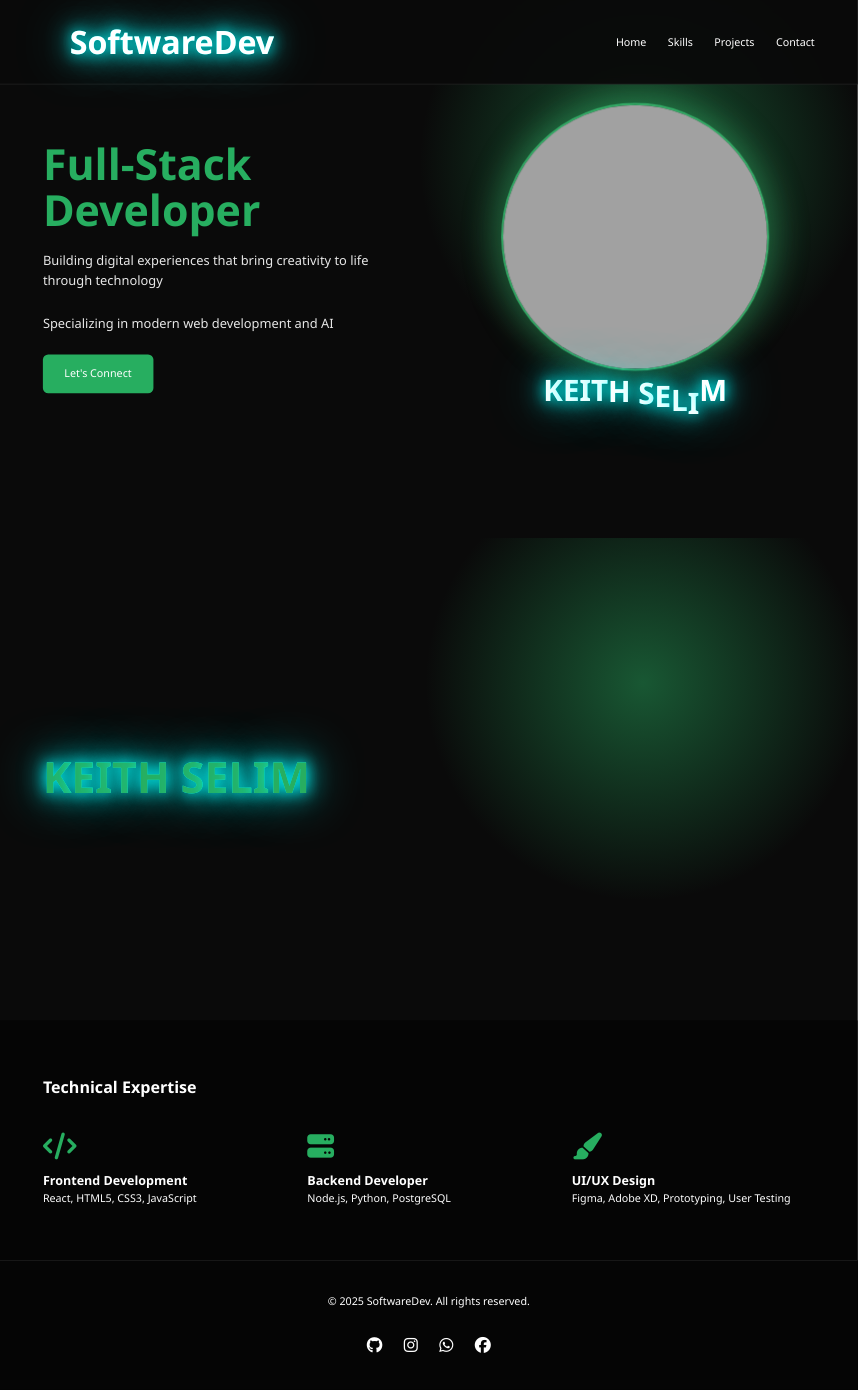
Repository: PEEZYBEE/my-react-portfolio
Page: /
The author's editor kept a copy of each file at every save. The page is drawn from the files as they stood at one save, then again after the next save.
The browser window is 1280 px wide. The pictures show the whole page, at 67% of full size.
Pictures or frames that could not be fetched are drawn as grey boxes. The project was rebuilt for these pictures with package versions that can differ from the ones it lists, and the page was loaded fresh each time. Also part of the build but not shown: vite.config.js.

Above is the page before, as saved 2025-04-21 01:28:41.

### index.html
<!doctype html>
<html lang="en">
  <head>
    <meta charset="UTF-8" />
  <link rel="icon" type="image/svg+xml" href="favicon.svg" />
  <meta name="viewport" content="width=device-width, initial-scale=1.0" />
  <title>Keith Selim</title>

  <!-- ✅ Add this line below -->
  <link
    rel="stylesheet"
    href="https://cdnjs.cloudflare.com/ajax/libs/font-awesome/6.7.2/css/all.min.css"
    integrity="sha512-Evv84Mr4kqVGRNSgIGL/F/aIDqQb7xQ2vcrdIwxfjThSH8CSR7PBEakCr51Ck+w+/U6swU2Im1vVX0SVk9ABhg=="
    crossorigin="anonymous"
    referrerpolicy="no-referrer"
  />
</head>
  <body>
    <div id="root"></div>
    <script type="module" src="/src/main.jsx"></script>
  </body>
</html>

### src/index.css
:root {
  font-family: system-ui, Avenir, Helvetica, Arial, sans-serif;
  line-height: 1.5;
  font-weight: 400;

  color-scheme: light dark;
  color: rgba(255, 255, 255, 0.87);
  background-color: #242424;

  font-synthesis: none;
  text-rendering: optimizeLegibility;
  -webkit-font-smoothing: antialiased;
  -moz-osx-font-smoothing: grayscale;
}

a {
  font-weight: 500;
  color: #646cff;
  text-decoration: inherit;
}
a:hover {
  color: #535bf2;
}

body {
  margin: 0;


  min-width: 320px;
  min-height: 100vh;
}

h1 {
  font-size: 3.2em;
  line-height: 1.1;
}

button {
  border-radius: 8px;
  border: 1px solid transparent;
  padding: 0.6em 1.2em;
  font-size: 1em;
  font-weight: 500;
  font-family: inherit;
  background-color: #1a1a1a;
  cursor: pointer;
  transition: border-color 0.25s;
}
button:hover {
  border-color: #646cff;
}
button:focus,
button:focus-visible {
  outline: 4px auto -webkit-focus-ring-color;
}

@media (prefers-color-scheme: light) {
  :root {
    color: #213547;
    background-color: #ffffff;
  }
  a:hover {
    color: #747bff;
  }
  button {
    background-color: #f9f9f9;
  }
}

### src/App.jsx
import React from "react";
import Navbar from './components/Navbar';
import Hero from './components/Hero';
import NameBanner from './components/NameBanner';
import Skills from './components/Skills';
import Footer from './components/Footer';
import './style.css';


function App() {
  return (
    <>
      <Navbar />
      <Hero />
      <NameBanner />
      <Skills />
      <Footer />
    </>
  );
}

export default App;

### src/components/Navbar.jsx
import React from "react";

const Navbar = () => {
  return (
    <nav className="navbar">
      <a href="#home" className="logo">SoftwareDev</a>
      <ul className="nav-links">
        <li><a href="#home">Home</a></li>
        <li><a href="#skills">Skills</a></li>
        <li><a href="#projects">Projects</a></li>
        <li><a href="#contact">Contact</a></li>
      </ul>
    </nav>
  );
};

export default Navbar;

### src/components/Hero.jsx
import React from 'react';
import './Hero.css';

const Hero = () => {
  return (
    <section id="home" className="hero">
      <div className="hero-content">
        <h1>Full-Stack Developer</h1>
        <p>Building digital experiences that bring creativity to life through technology</p>
        <p className="highlight">Specializing in modern web development and AI</p>
        <a href="#contact" className="cta-button">Let's Connect</a>
      </div>

      <div className="hero-image-container">
        <img src="/assets/profile.jpg" alt="Profile" className="profile-img" />
        <div className="name-banner">
        <h1 className="bouncing-letters" style={{ textAlign: "center", fontSize: "30px" }}>
      <span>K</span>
      <span>E</span>
      <span>I</span>
      <span>T</span>
      <span>H</span>
      <span>&nbsp;</span>
      <span>S</span>
      <span>E</span>
      <span>L</span>
      <span>I</span>
      <span>M</span>
       </h1>
        </div>
      </div>
    </section>
  );
};

export default Hero;

### src/components/NameBanner.jsx
import React from "react";
import "./Hero.css";  // Make sure to import the CSS file

const Hero = () => {
  return (
    <section id="home" className="hero">
      <div className="hero-content">
        <h1 className="name-banner">
          <span>K</span>
          <span>E</span>
          <span>I</span>
          <span>T</span>
          <span>H</span>
          <span>&nbsp;</span>
          <span>S</span>
          <span>E</span>
          <span>L</span>
          <span>I</span>
          <span>M</span>
        </h1>

      </div>


    </section>
  );
};

export default Hero;

### src/components/Skills.jsx
import React from "react";

const Skills = () => {
  return (
    <section id="skills" className="skills">
      <h2>Technical Expertise</h2>
      <div className="skills-grid">
        <div className="skill-card">
          <i className="fa-solid fa-code"></i>
          <h3>Frontend Development</h3>
          <p>React, HTML5, CSS3, JavaScript</p>
        </div>
        <div className="skill-card">
          <i className="fa-solid fa-server"></i>
          <h3>Backend Developer</h3>
          <p>Node.js, Python, PostgreSQL</p>
        </div>
        <div className="skill-card">
          <i className="fa-solid fa-paintbrush"></i>
          <h3>UI/UX Design</h3>
          <p>Figma, Adobe XD, Prototyping, User Testing</p>
        </div>
      </div>
    </section>
  );
};

export default Skills;

### src/components/Footer.jsx
import React from "react";

const Footer = () => {
  return (
    <footer>
      <p>&copy; 2025 SoftwareDev. All rights reserved.</p>
      <div className="social-links">
        <a href="#"><i className="fa-brands fa-github"></i></a>
        <a href="#"><i className="fa-brands fa-instagram"></i></a>
        <a href="#"><i className="fa-brands fa-whatsapp"></i></a>
        <a href="#"><i className="fa-brands fa-facebook"></i></a>
      </div>
    </footer>
  );
};

export default Footer;

### src/style.css
.bouncing-letters span {
display: inline-block;
color: white;
text-shadow: 0px 0px 0px cyan,
             0px 0px 20px cyan,
             0px 0px 40px cyan,
             0px 0px 80px cyan;
font-size: 44px;
font-weight: bold;
animation: bounce 0.8s ease infinite alternate;



}

@keyframes bounce {
    0% { transform: translateY(0) }
    100% { transform: translateY(-20px) }

}

.bouncing-letters span:nth-child(1)
{ animation-delay:  0.1s; }


.bouncing-letters span:nth-child(2)
{ animation-delay:  0.2s; }


.bouncing-letters span:nth-child(3)
{ animation-delay:  0.3s; }


.bouncing-letters span:nth-child(4)
{ animation-delay:  0.4s; }


.bouncing-letters span:nth-child(5)
{ animation-delay: 0.5s; }


.bouncing-letters span:nth-child(6)
{ animation-delay:  0.6s; }

.bouncing-letters span:nth-child(7)
{ animation-delay:  0.7s; }

.bouncing-letters span:nth-child(8)
{ animation-delay:  0.8s; }

.bouncing-letters span:nth-child(9)
{ animation-delay:  0.9s; }

.bouncing-letters span:nth-child(10)
{ animation-delay:  1.0s; }

body{
    background-color: var(--dark-bg);
    color: var(--text);
    line-height: 1.6;
    overflow-x: hidden;
}


*{
  margin: 0;
  padding: 0;
  box-sizing: border-box;
  font-family: 'Segoe UI', sans-serif;
}
:root{
  --dark-bg: #0a0a0a;
  --darker-bg: #050505;
  --accent-glow: rgba(46, 204, 113, 0.4);
  --text: #ffffff;
}

.navbar{
  position: fixed;
  top: 0;
  width: 100%;
  padding: 1.5rem 5%;
  display: flex;
  justify-content: space-between;
  align-items: center;
  background:  rgba(10, 10, 10, 0.95);
  backdrop-filter: blur(10px);
  z-index: 1000;
  border-bottom: 1px solid rgba(255, 255, 255, 0.1);
}

.logo{
  font-size: 3rem;
  font-weight: 700;
  color: white;
  text-shadow: 0px 0px 0px cyan,
               0px 0px 20px cyan,
               0px 0px 40px cyan,
               0px 0px 80px cyan;
  /*color: var(--accent-glow);*/
  text-decoration: none;
  position: relative;
  padding-left: 2.5rem;
}

.nav-links{
  display: flex;
  gap: 2rem;
  list-style: none;
}

.nav-links a {
  color: var(--text);
  text-decoration: none;
  font-weight: 500;
  transition: all 0.3s ease;
  position: relative;
}

.nav-links a::after {
  content: '';
  position: absolute;
  bottom:  -5px;
  left: 0;
  width: 0;
  height: 2px;
  background: var(--accent-glow);
  transition: width 0.3s ease;
}

.nav-links a:hover::after {
   width: 100%;
}

.hero {
  min-height: 100vh;
  display: flex;
  align-items: center;
  padding: 12% 5%;
  background: radial-gradient(circle at 75% 30%,var(--accent-glow) 0%,transparent 30%);
}

.hero-content {
    flex: 1;
    padding-right: 5rem;
}

.hero-image {
    flex: 1;
    text-align: center;
    position: relative;
}

.profile-img {
    width: 400px;
    height: 400px;
    border-radius: 50%;
    object-fit: cover;
    border: 3px solid ,#27ae60;
    box-shadow: 0 0 50px 10px var(--accent-glow);
    animation: float 3s ease-in-out infinite;
    filter: grayscale(0.2) contrast(1.1);
}

@keyframes float {
    0%, 100%{ transform: translateY(0);}
    50% { transform: translateY(-20px);}
}

.hero h1 {
    font-size: 4rem;
    margin-bottom: 1.5rem;
    color: #27ae60;
    -webkit-background-clip: text;
    /*-webkit-text-fill-color: transparent;*/
    z-index: 10;
}

.hero p {
  font-size: 1.2rem;
  margin-bottom: 2rem;
  opacity: 0.9;
  max-width: 600px;
}

.cta-button {
  display: inline-block;
  padding: 1rem 2rem;
  background:  #27ae60;
  color: white;
  border-radius: 8px;
  text-decoration: none;
  transition: all 0.3s ease;
  position: relative;
  overflow: hidden;
}

.skills {
    padding: 5rem 5%;
    background: var(--darker-bg);
}

.skills-grid {
    display: grid;
    grid-template-columns: repeat(auto-fit,minmax(250px, 1fr));
    gap: 2rem;
    margin-top: 3rem;
}


.skills-card {
    padding: 2rem;
    border-radius: 15px;
    background: rgba(255,255,255,0.05);
    transition: all 0,3s ease;
    border: 1px solid rgba(255,255,255,0.1);
    backdrop-filter: blur(5px);
}

.skill-card:hover {
    transform: translateY(-10px);
    border-color: #27ae60;
    box-shadow: 0 10px 30px var(--accent-glow);
}

.skill-card i {
    font-size: 2.5rem;
    color:  #27ae60;
    margin-bottom: 1rem;
}

footer {
    background: var(--darker-bg);
    padding: 3rem 5%;
    text-align: center;
    border-top: 1px solid rgba(255, 255, 255, 0.1);
    width: 100%; /* Ensure it takes full width */
    position: relative;
    box-sizing: border-box;

}

.social-links {
    margin-top: 2rem;
    display: flex;
    justify-content: center;
    gap: 2rem;
}

.social-links a {
    color: var(--text);
    font-size:  1.5rem;
    transition: all 0.3s ease;
}

.social-links a:hover {
    color: white;
    text-shadow: 0px 0px 0px cyan,
                 0px 0px 20px cyan,
                 0px 0px 40px cyan,
                 0px 0px 80px cyan;
    transform: translateY(-3px);
}

@media (max-width: 768px) {
    .hero {
        flex-direction: column;
        text-align: center;
        padding-top: 8rem;
    }
    .hero-content {
        padding-right: 0;
        margin-bottom: 3rem;
    }
    .profile-img {
        width: 280px;
        height: 280px;
    }
    .nav-links {
        display: none;
    }
    .logo {
        font-size: 1.5rem;
        padding-left: 2rem;
    }
}

### src/components/Hero.css
.hero {
    min-height: 100vh;
    display: flex;
    align-items: center;
    padding: 12% 5%;
    background: radial-gradient(circle at 75% 30%, var(--accent-glow) 0%, transparent 30%);
  }

  .hero-content {
    flex: 1;
    padding-right: 5rem;
  }

  .hero-image-container {
    flex: 1;
    text-align: center;
    position: relative;
  }

  .profile-img {
    width: 400px;
    height: 400px;
    border-radius: 50%;
    object-fit: cover;
    border: 3px solid #27ae60;
    box-shadow: 0 0 50px 10px var(--accent-glow);
    animation: float 3s ease-in-out infinite;
    filter: grayscale(0.2) contrast(1.1);
  }

  .name-banner {
    margin-top: 1rem;
    font-size: 2rem;
    color: white;
    font-weight: bold;
    text-shadow: 0px 0px 0px cyan, 0px 0px 20px cyan, 0px 0px 40px cyan, 0px 0px 80px cyan;
  }

  @keyframes float {
    0%, 100% {
      transform: translateY(0);
    }
    50% {
      transform: translateY(-20px);
    }
  }

  @media (max-width: 768px) {
    .hero {
      flex-direction: column;
      text-align: center;
      padding-top: 8rem;
    }
    .hero-content {
      padding-right: 0;
      margin-bottom: 3rem;
    }
    .profile-img {
      width: 280px;
      height: 280px;
    }
  }

Loaded but not shown: src/main.jsx (common file)

After the next save:
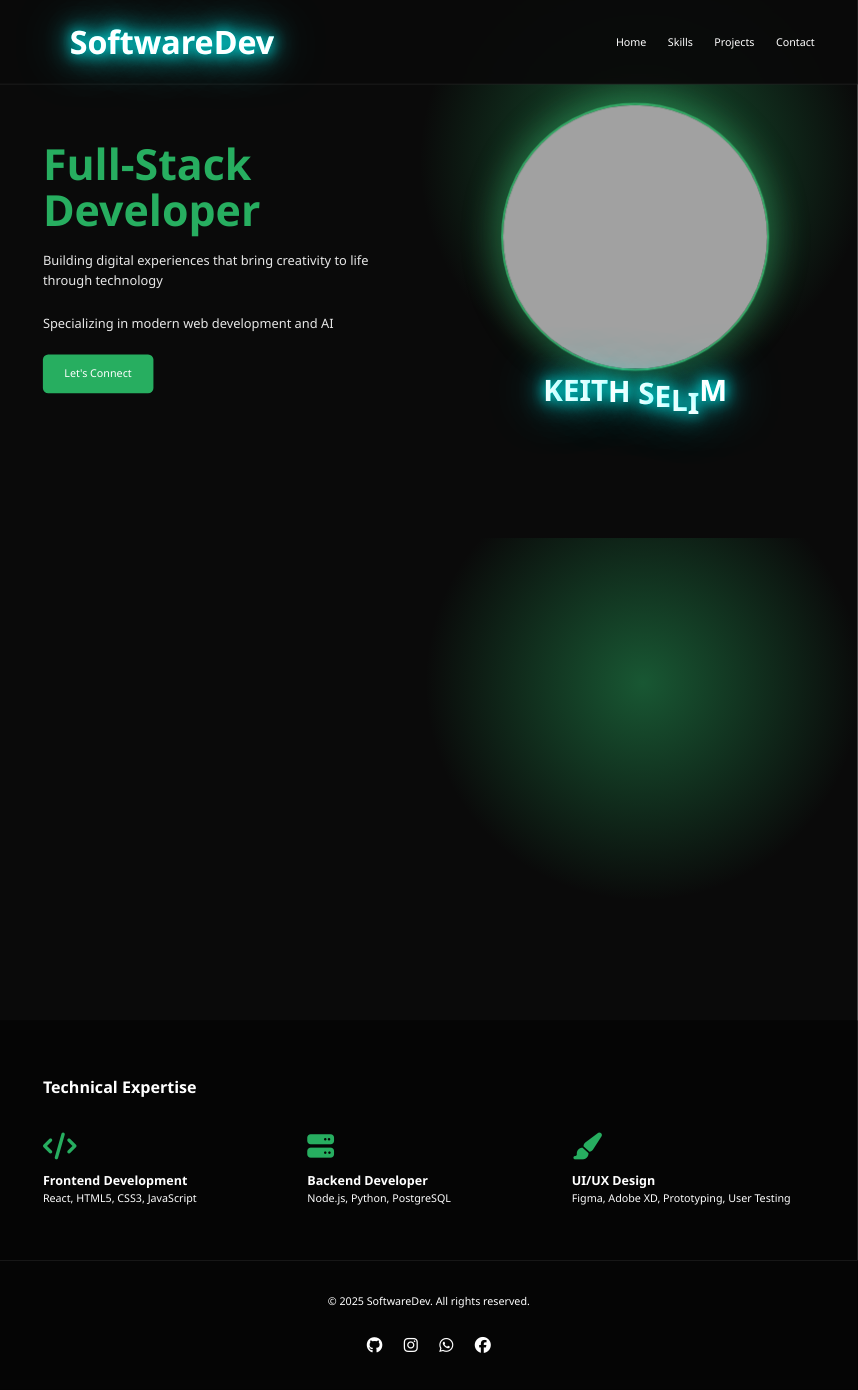
Saved 89 s later.
--- a/src/components/NameBanner.jsx
+++ b/src/components/NameBanner.jsx
@@ -6,17 +6,7 @@ const Hero = () => {
     <section id="home" className="hero">
       <div className="hero-content">
         <h1 className="name-banner">
-          <span>K</span>
-          <span>E</span>
-          <span>I</span>
-          <span>T</span>
-          <span>H</span>
-          <span>&nbsp;</span>
-          <span>S</span>
-          <span>E</span>
-          <span>L</span>
-          <span>I</span>
-          <span>M</span>
+
         </h1>
 
       </div>
